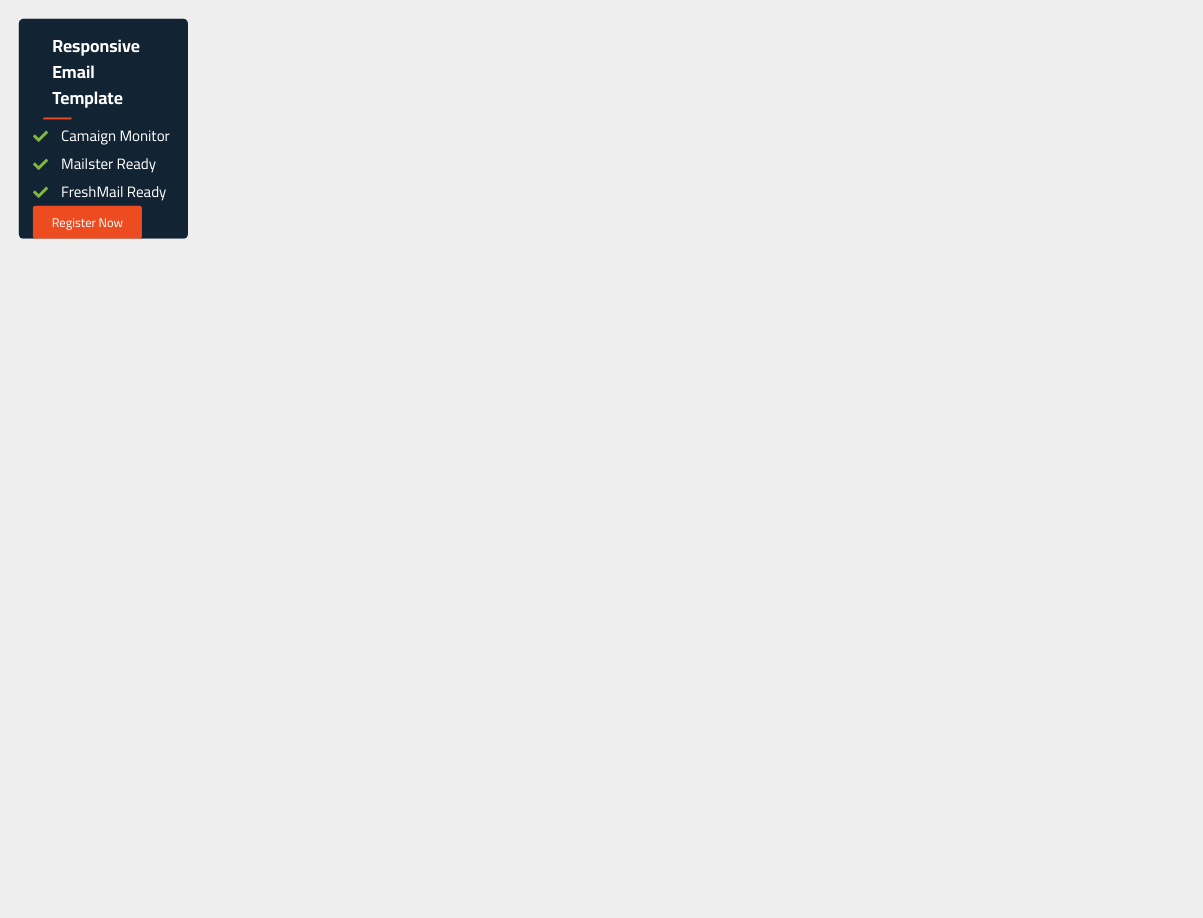
Repository: Z-ayat/Challenges
Page: Challenge 3/index.html
An editor plug-in stored every save of this project. The page is shown before and after the next save, followed by the edit.
The browser window is 1280 px wide. The pictures show the whole page, at 94% of full size.

Above is the page before, as saved 2021-09-03 23:41:27.

### Challenge 3/index.html
<!DOCTYPE html>
<html lang="en">

<head>
    <meta charset="UTF-8">
    <title>Responsive Mail</title>
    <link rel="stylesheet" href="styling/css/master.css">
    <link rel="stylesheet" href="styling/css/all.min.css">
    <link rel="preconnect" href="https://fonts.googleapis.com">
    <link rel="preconnect" href="https://fonts.gstatic.com" crossorigin>
    <link href="https://fonts.googleapis.com/css2?family=Cairo:wght@400;600;700;900&display=swap" rel="stylesheet">
</head>

<body>
    <div class="layout">
        <div class="header">
            <div class="pop">
                <h3>Responsive Email Template</h3>
                <p class="green-right">Camaign Monitor</p>
                <p class="green-right">Mailster Ready</p>
                <p class="green-right">FreshMail Ready</p>
                <button class="reg">Register Now</button>
            </div>
        </div>
        <div class="nthere">
            <div class="bord"></div>
        </div>
        <div class="cards">
            <div class="one"></div>
            <div class="two"></div>
            <div class="three"></div>
        </div>
        <div class="foot"><img src="" alt=""></div>
    </div>
</body>

</html>

### Challenge 3/styling/css/master.css
* {
    padding: 0;
    margin: 0;
    box-sizing: border-box;
}

:root {
    --maincolor: #122333;
    --secondrycolor: #ED4C21;
    --fontcolor: white;
    /* --anothercolor:; */
    --mainfont: 'Cairo', sans-serif;
}

.layout {
    padding: 20px;
    display: grid;
    grid-template-rows: repeat(4, 1fr);
}

div {
    background-color: #eee;
}

h3 {
    width: 124px;
    font-family: var(--mainfont);
    color: var(--fontcolor);
}

.green-right {
    position: relative;
    margin-left: 30px;
    color: var(--fontcolor);
    font-family: var(--mainfont);
}

.pop {
    padding-top: 5px;
    padding-left: 15px;
    border-radius: 5px;
    width: 180px;
    background-color: var(--maincolor);
    -webkit-border-radius: 5px;
    -moz-border-radius: 5px;
    -ms-border-radius: 5px;
    -o-border-radius: 5px;
}

.pop h3 {
    line-height: 1.5;
    position: relative;
    margin: 10px auto;
}

.pop h3::after {
    position: absolute;
    content: "";
    height: 2px;
    width: 30px;
    bottom: -8px;
    left: -10px;
    background-color: var(--secondrycolor);
}

.green-right::before {
    position: absolute;
    top: 8px;
    display: block;
    left: -30px;
    float: left;
    color: #81B73E;
    font-family: "Font Awesome 5 Free";
    font-weight: 900;
    content: "\f00c";
}

.green-right::before {
    display: inline-block;
    font-style: normal;
    font-variant: normal;
    text-rendering: auto;
    -webkit-font-smoothing: antialiased;
}

.reg {
    padding: 5px 20px;
    color: var(--fontcolor);
    background-color: var(--secondrycolor);
    outline: none;
    border: none;
    border-radius: 3px;
    font-family: var(--mainfont);
    -webkit-border-radius: 3px;
    -moz-border-radius: 3px;
    -ms-border-radius: 3px;
    -o-border-radius: 3px;
}

Loaded but not shown: Challenge 3/styling/css/all.min.css (library)

After the next save:
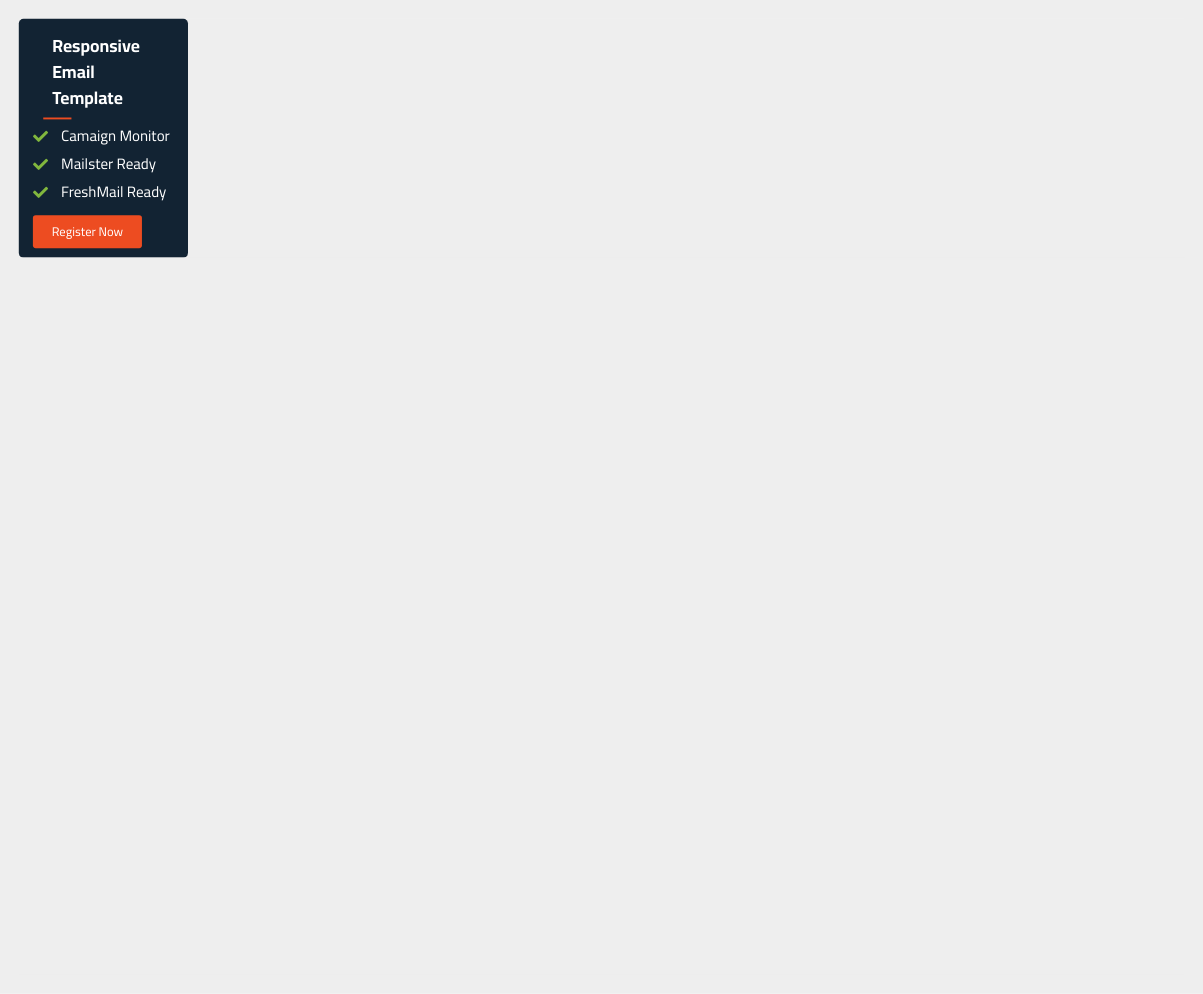
Saved 26 s later.
--- a/Challenge 3/styling/css/master.css
+++ b/Challenge 3/styling/css/master.css
@@ -90,6 +90,7 @@ h3 {
     outline: none;
     border: none;
     border-radius: 3px;
+    margin: 10px auto;
     font-family: var(--mainfont);
     -webkit-border-radius: 3px;
     -moz-border-radius: 3px;
